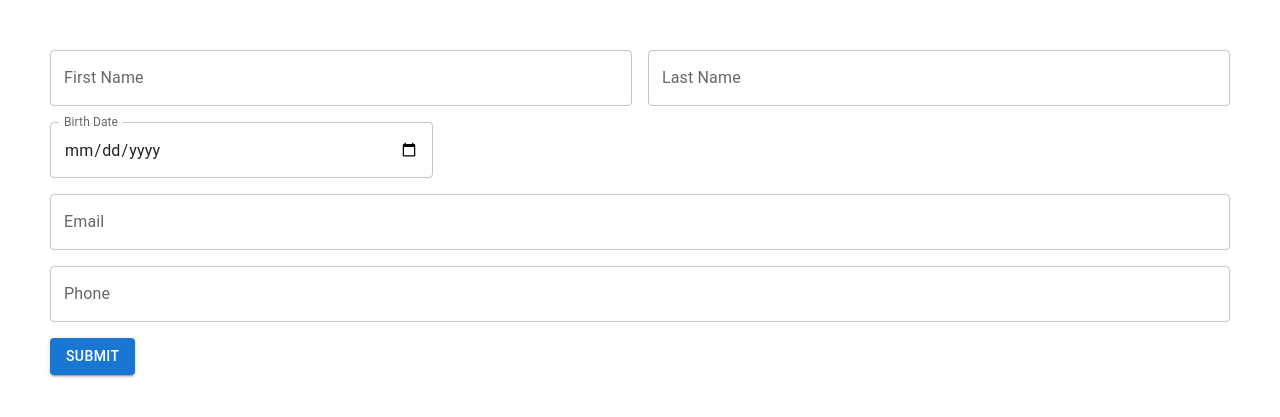
Repository: lenx0/front-client-manager
Page: /
The author's editor kept a copy of each file at every save. The page is drawn from the files as they stood at one save, then again after the next save.
The browser window is 1280 px wide. The pictures show the whole page.
The project was rebuilt for these pictures with package versions that can differ from the ones it lists, and the page was loaded fresh each time. Also part of the build but not shown: vite.config.js, src/App.css.

Above is the page before, as saved 2024-06-24 23:18:55.

### index.html
<!doctype html>
<html lang="en">
  <head>
    <meta charset="UTF-8" />
    <meta name="viewport" content="width=device-width, initial-scale=1.0" />
    <title>Client Manager</title>
  </head>
  <body>
    <div id="root"></div>
    <script type="module" src="/src/main.jsx"></script>
  </body>
</html>

### src/App.jsx
import { Box } from '@mui/material'
import './App.css'
import UserForm from './components/UserForm'

function App() {

  return (
    <Box sx={{ padding: '50px' }}>
      <UserForm />
    </Box>
  )
}

export default App

### src/components/UserForm.jsx
import React from 'react';
import { useForm } from 'react-hook-form';
import CustomInput from './CustomInput';
import { Button, Grid } from '@mui/material';
import axios from 'axios';

const UserForm = () => {
  const { handleSubmit, control, reset } = useForm();

  const onSubmit = async (data) => {
    try {
      const response = await axios.post('http://localhost:3100/v1/users/create', data);
      console.log('Dados enviados com sucesso:', response.data);
      reset();
    } catch (error) {
      console.error('Erro ao enviar dados:', error);
    }
  };

  return (
    <form onSubmit={handleSubmit(onSubmit)}>
      <Grid container spacing={2}>
        <Grid item xs={6}>
          <CustomInput
            name="firstName"
            control={control}
            label="First Name"
            rules={{ required: 'First name is required' }}
          />
        </Grid>
        <Grid item xs={6}>
          <CustomInput
            name="lastName"
            control={control}
            label="Last Name"
            rules={{ required: 'Last name is required' }}
          />
        </Grid>
        <Grid item xs={4}>
          <CustomInput
            name="birthDate"
            control={control}
            label="Birth Date"
            placeHolder="none"
            type="date"
            rules={{ required: 'Birth date is required' }}
            defaultValue=""
          />
        </Grid>
        <Grid item xs={12}>
          <CustomInput
            name="email"
            control={control}
            label="Email"
            type="email"
            rules={{
              required: 'Email is required',
              pattern: {
                value: /^[a-zA-Z0-9_.+-]+@[a-zA-Z0-9-]+\.[a-zA-Z0-9-.]+$/,
                message: 'Enter a valid email address',
              },
            }}
          />
        </Grid>
        <Grid item xs={12}>
          <CustomInput
            name="phone"
            control={control}
            label="Phone"
            rules={{ required: 'Phone number is required' }}
          />
        </Grid>
        <Grid item xs={12}>
          <Button type="submit" variant="contained" color="primary">
            Submit
          </Button>
        </Grid>
      </Grid>
    </form>
  );
};

export default UserForm;

### src/components/CustomInput.jsx
import React from 'react';
import { Controller } from 'react-hook-form';
import TextField from '@mui/material/TextField';

const CustomInput = ({ name, control, label, type = 'text', rules, defaultValue = '' }) => {
  return (
    <Controller
      name={name}
      control={control}
      defaultValue={defaultValue}
      rules={rules}
      render={({ field, fieldState: { error } }) => (
        <TextField
          {...field}
          label={label}
          type={type}
          error={!!error}
          helperText={error ? error.message : null}
          variant="outlined"
          InputLabelProps={type === 'date' ? { shrink: true } : {}}
          fullWidth
        />
      )}
    />
  );
};

export default CustomInput;

Loaded but not shown: src/main.jsx (common file); src/index.css (common file)

After the next save:
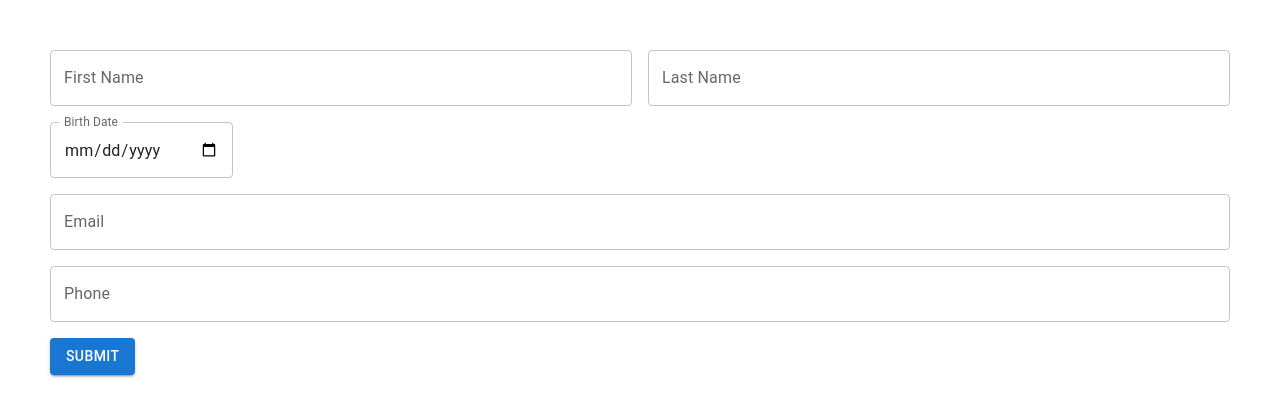
Saved 7 s later.
--- a/src/components/UserForm.jsx
+++ b/src/components/UserForm.jsx
@@ -36,7 +36,7 @@ const UserForm = () => {
             rules={{ required: 'Last name is required' }}
           />
         </Grid>
-        <Grid item xs={4}>
+        <Grid item xs={2}>
           <CustomInput
             name="birthDate"
             control={control}
